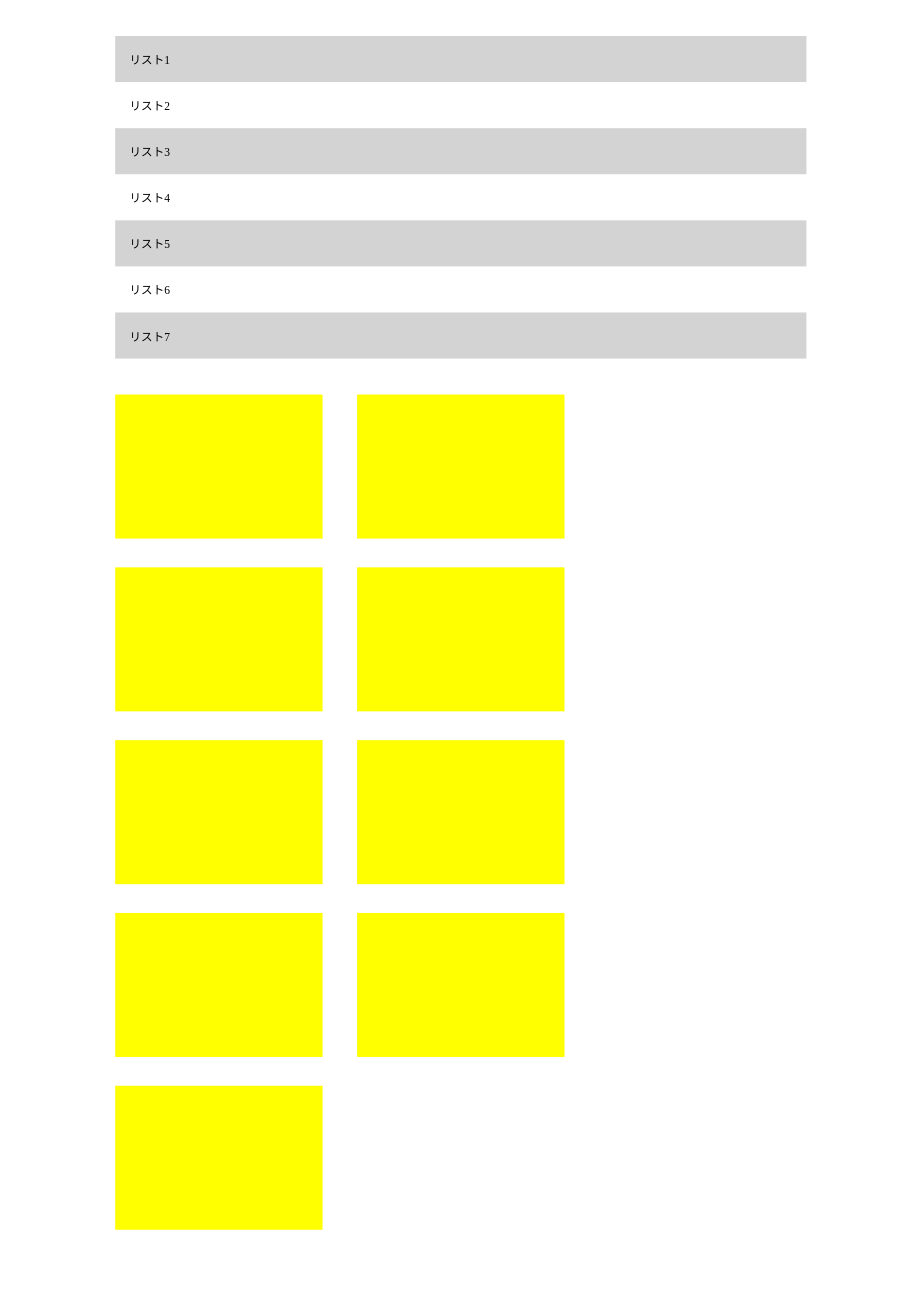
Repository: yuu2310/dmm-webcamp
Page: chapter8_exercise/index.html
The author's editor kept a record of every edit. The page is drawn from the files as they stood at one moment, then again after the next edit.
The browser window is 1280 px wide. The pictures show the whole page, at 72% of full size.

Above is the page before.

### chapter8_exercise/index.html
<!DOCTYPE HTML>
<html lang="ja">
  <head>
    <meta charset="UTF-8" />
    <title>chapter8演習</title>
    <link rel="stylesheet" href="style.css"/>
  </head>

  <body>
    <main>
      <ul class="list">
        <li class="list-item">リスト1</li>
        <li class="list-item">リスト2</li>
        <li class="list-item">リスト3</li>
        <li class="list-item">リスト4</li>
        <li class="list-item">リスト5</li>
        <li class="list-item">リスト6</li>
        <li class="list-item">リスト7</li>
      </ul>
      <div class="box-list">
        <div class="box-list-item"></div>
        <div class="box-list-item"></div>
        <div class="box-list-item"></div>
        <div class="box-list-item"></div>
        <div class="box-list-item"></div>
        <div class="box-list-item"></div>
        <div class="box-list-item"></div>
        <div class="box-list-item"></div>
        <div class="box-list-item"></div>
      </div>
    </main>
  </body>
</html>

### chapter8_exercise/style.css
* {
  margin: 0;
  padding: 0;
  box-sizing: border-box;
}

main {
  width: 960px;
  margin: 50px auto;
}

.list {
  list-style: none;
  margin: 50px 0;
}

.list-item {
  padding: 20px 0 20px 20px;
}

.list-item:nth-child(odd) {
  background-color: #D3D3D3;
}

.box-list {
  display: flex;
  flex-wrap: wrap;
}

.box-list-item {
  width: 30%;
  height: 200px;
  margin-right: 5%;
  margin-bottom: 40px;
  background-color: #FFFF00;
}

After the next edit:
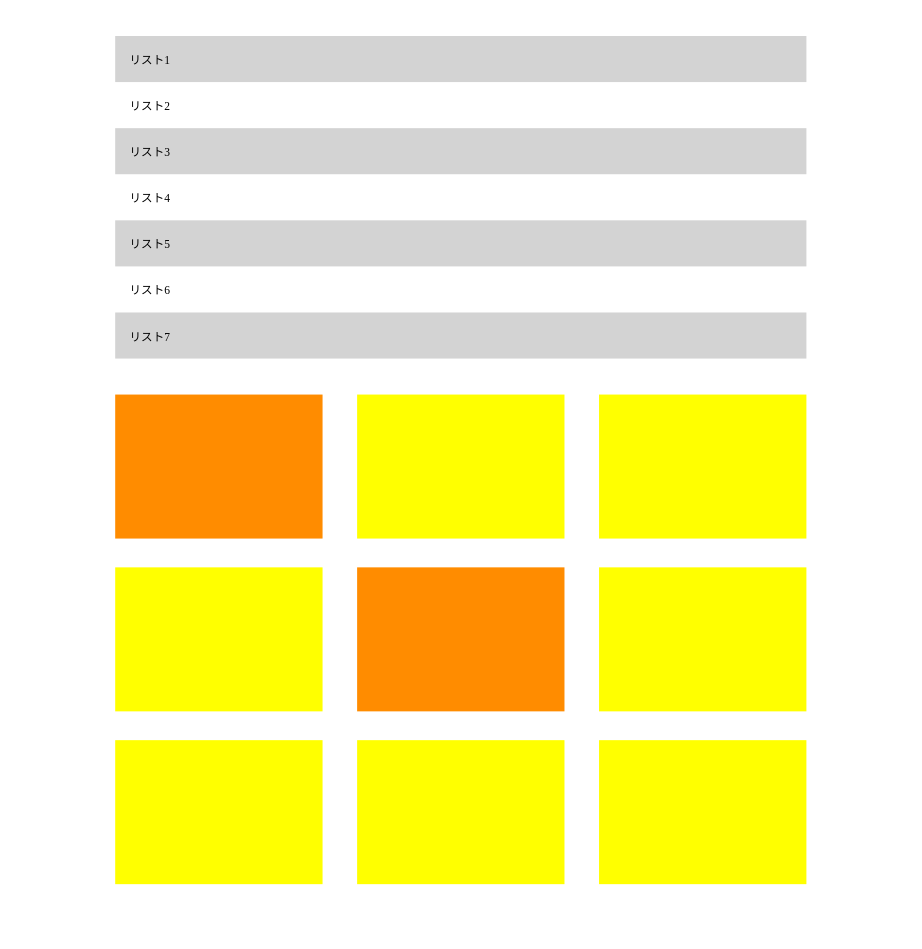
The edit:
--- a/chapter8_exercise/style.css
+++ b/chapter8_exercise/style.css
@@ -34,3 +34,15 @@
   margin-bottom: 40px;
   background-color: #FFFF00;
 }
+
+.box-list-item:first-child {
+  background-color: #FF8C00;
+}
+
+.box-list-item:nth-child(3n) {
+  margin-right: 0;
+}
+
+.box-list-item:nth-child(5) {
+  background-color: #FF8C00;
+}
